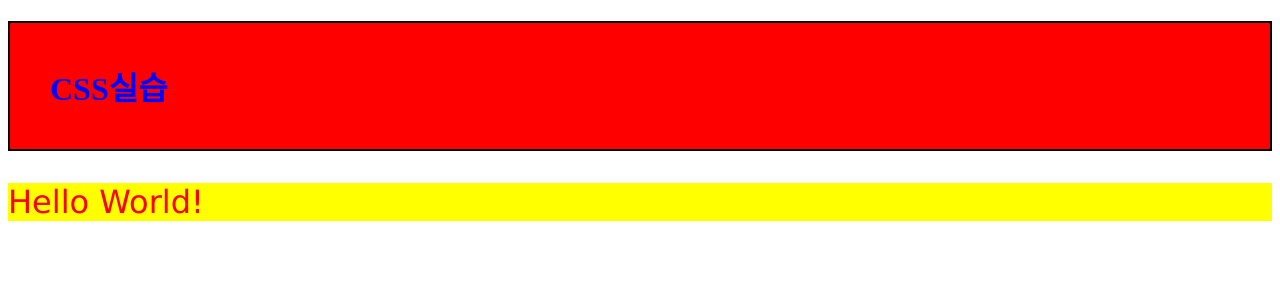
Repository: ashojm/WebWork
Page: Web/first.html
These files come from the project's save history. The page is drawn as it stood at one moment and after the next save; the edit follows.
The browser window is 1280 px wide. The pictures show the whole page.

Above is the page before, as saved 2015-11-12 16:13:21.

After the next save:
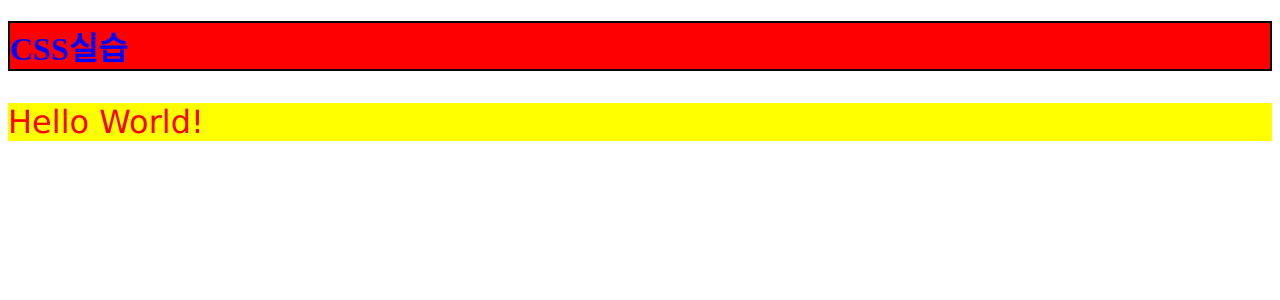
Saved 6 s later.
--- a/Web/css/base.css
+++ b/Web/css/base.css
@@ -1,2 +1,2 @@
-h1{color:#0000FF;font-family:serif;font-size:200%;background-color:red;border:2px solid black;padding:40px}
+h1{color:#0000FF;font-family:serif;font-size:200%;background-color:red;border:2px solid black;padding:0px}
 p {color:red;font-size:200%;font-family:Verdana;background-color:yellow}
